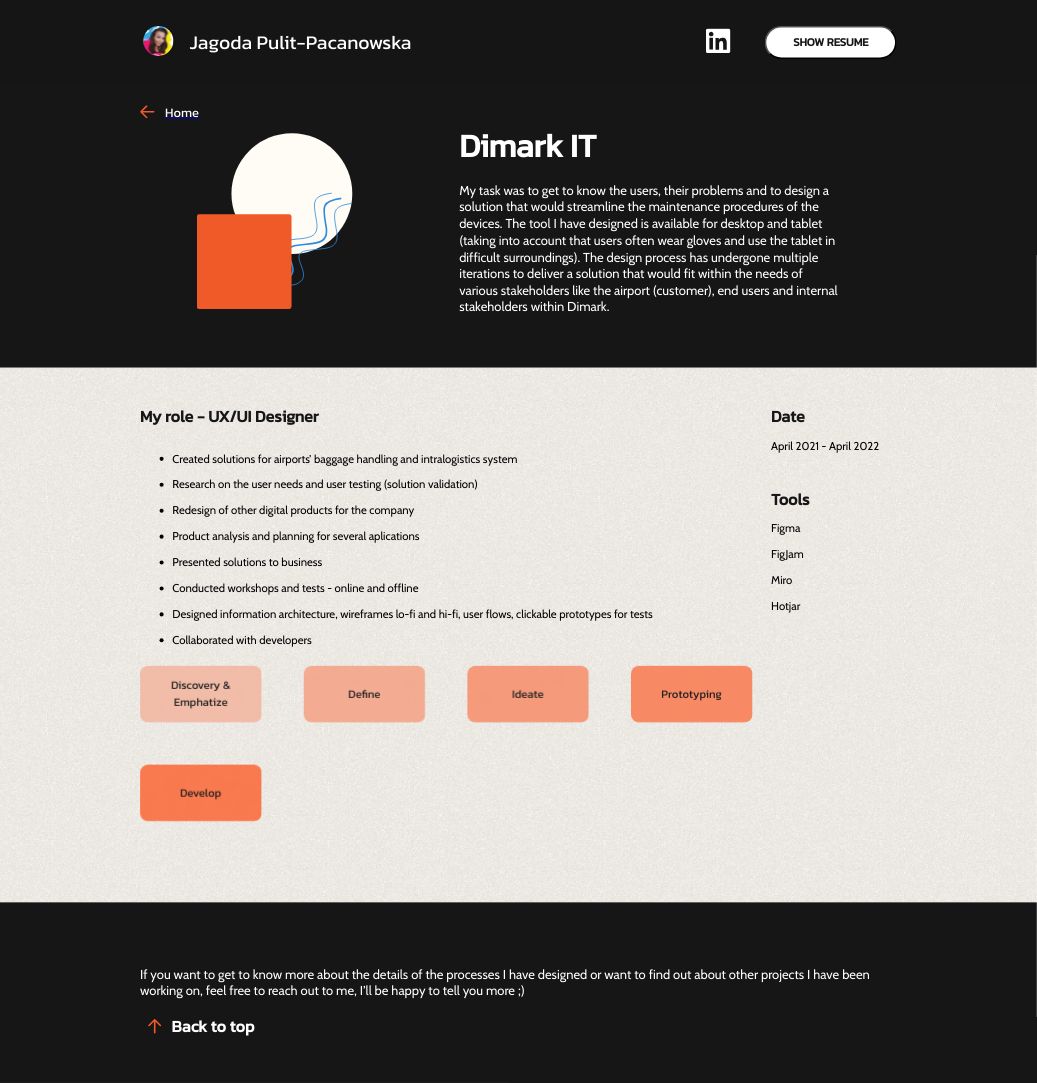
Repository: remigiuszpulit/ux-ui-portfolio
Page: /dimarkit
An editor plug-in stored every save of this project. The page is shown before and after the next save, followed by the edit.
The browser window is 1280 px wide. The pictures show the whole page, at 81% of full size.
The project was rebuilt for these pictures with package versions that can differ from the ones it lists, and the page was loaded fresh each time. Also part of the build but not shown: src/components/Card.js, src/pages/index.js.

Above is the page before, as saved 2022-10-03 22:59:11.

After the next save:
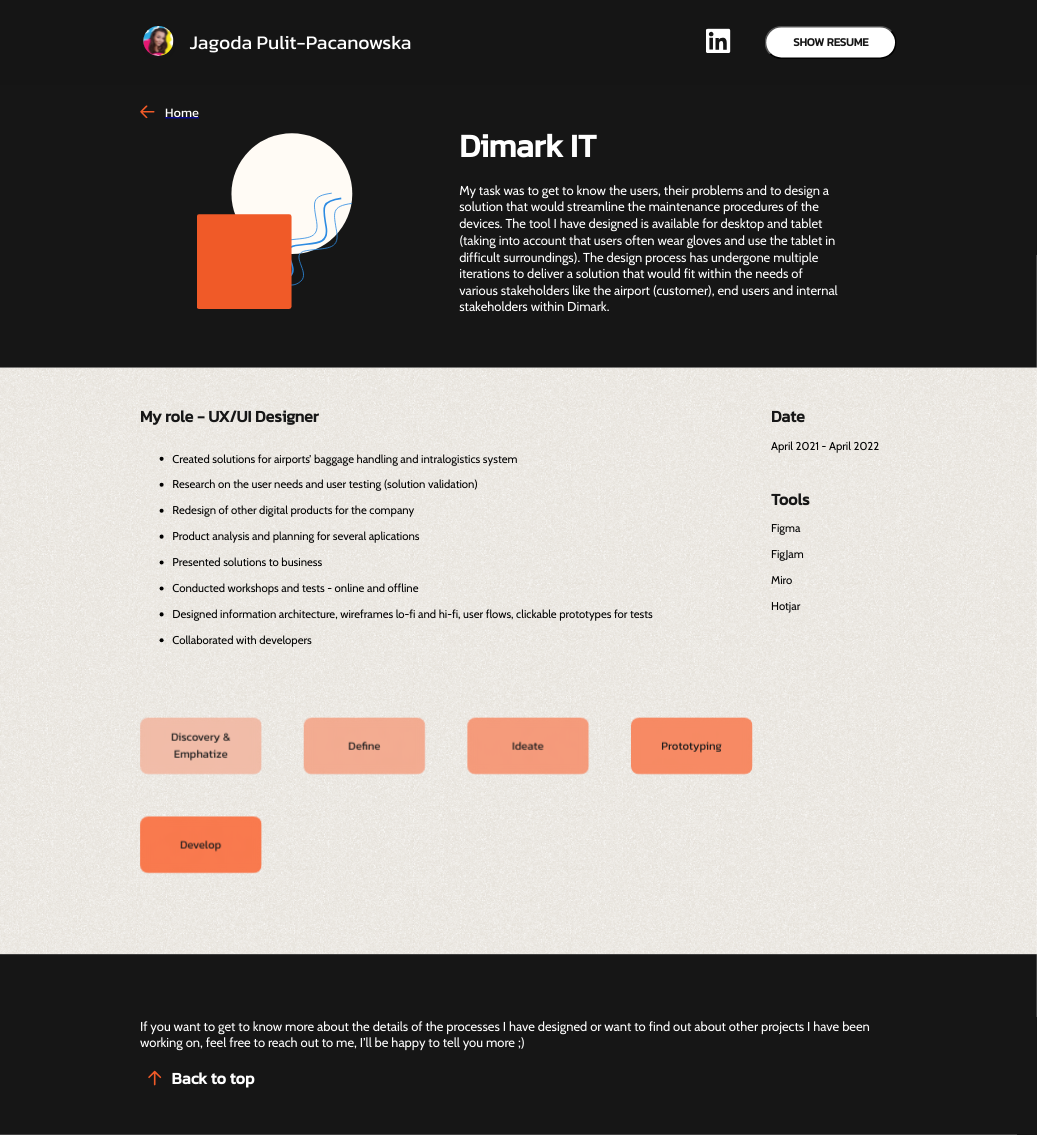
Saved 56 s later.
--- a/src/pages/dimark.js
+++ b/src/pages/dimark.js
@@ -96,6 +96,7 @@
 
 const FlexContainer = styled.div`
   display: flex;
+  margin-bottom: 64px;
   flex-direction: column;
   @media (min-width: 992px) {
     flex-direction: row;
